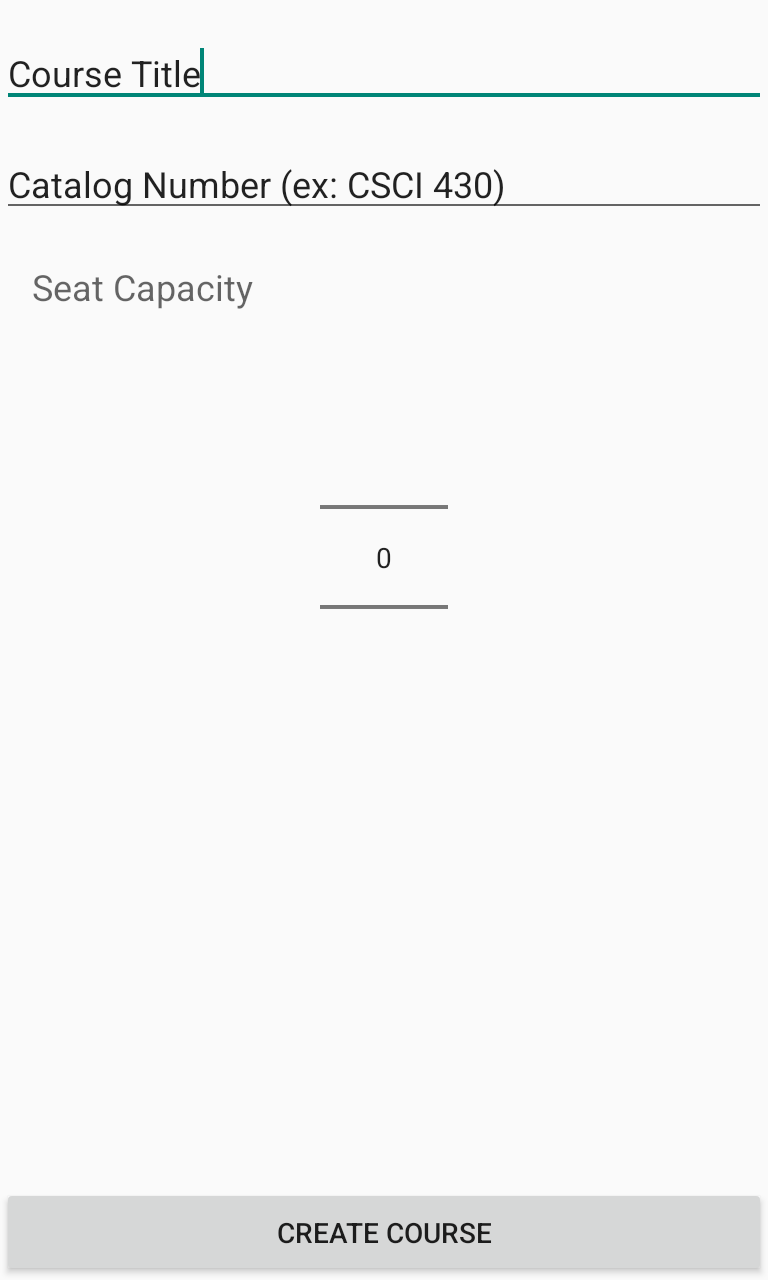
Repository: Jooms/Examples
Layout: CourseManager/res/layout/activity_main.xml
An editor plug-in stored every save of this project. The layout is shown before and after the next save, followed by the edit.
It is drawn on a 768 x 1280 px phone screen (xhdpi) without system bars, with theme AppTheme; the app's code is not run.

Above is the layout before, as saved 2014-10-06 00:16:28.

### CourseManager/res/layout/activity_main.xml
<RelativeLayout xmlns:android="http://schemas.android.com/apk/res/android"
    xmlns:tools="http://schemas.android.com/tools"
    android:layout_width="match_parent"
    android:layout_height="match_parent"
    tools:context="${relativePackage}.${activityClass}" >

    <EditText
        android:id="@+id/editName"
        android:layout_width="wrap_content"
        android:layout_height="wrap_content"
        android:layout_alignParentLeft="true"
        android:layout_alignParentRight="true"
        android:layout_alignParentTop="true"
        android:layout_marginTop="14dp"
        android:ems="10"
		android:text="Course Title" >
        <requestFocus />
    </EditText>

    <EditText
        android:id="@+id/editNumber"
        android:layout_width="wrap_content"
        android:layout_height="wrap_content"
        android:layout_alignLeft="@+id/editName"
        android:layout_alignParentRight="true"
        android:layout_below="@+id/editName"
        android:layout_marginTop="14dp"
        android:ems="10"
        android:text="Catalog Number (ex: CSCI 430)" />

    <Button
        android:id="@+id/buttonCreate"
        android:layout_width="wrap_content"
        android:layout_height="wrap_content"
        android:layout_alignParentBottom="true"
        android:layout_alignParentLeft="true"
        android:layout_alignParentRight="true"
        android:onClick="buttonCreatePressed"
        android:text="Create Course" />

    <TextView
        android:id="@+id/textView1"
        android:layout_width="wrap_content"
        android:layout_height="wrap_content"
        android:layout_alignParentLeft="true"
        android:layout_below="@+id/editNumber"
        android:layout_marginLeft="16dp"
        android:layout_marginTop="20dp"
        android:text="Seat Capacity"
        android:textAppearance="?android:attr/textAppearanceMedium" />

    <NumberPicker
        android:id="@+id/numPickCapacity"
        android:layout_width="wrap_content"
        android:layout_height="wrap_content"
        android:layout_below="@+id/textView1"
        android:layout_centerHorizontal="true"
        android:layout_marginTop="33dp"
        android:orientation="horizontal" />

    <TextView
        android:id="@+id/textFeedback"
        android:layout_width="wrap_content"
        android:layout_height="wrap_content"
        android:layout_alignLeft="@+id/textView1"
        android:layout_below="@+id/numPickCapacity"
        android:layout_marginTop="44dp"
        android:textAppearance="?android:attr/textAppearanceLarge"
        android:textColor="@android:color/holo_red_dark" />

</RelativeLayout>

Loaded but not shown: CourseManager/res/values/styles.xml (common file); CourseManager/res/values-v11/styles.xml (common file); CourseManager/res/values-v14/styles.xml (common file)

After the next save:
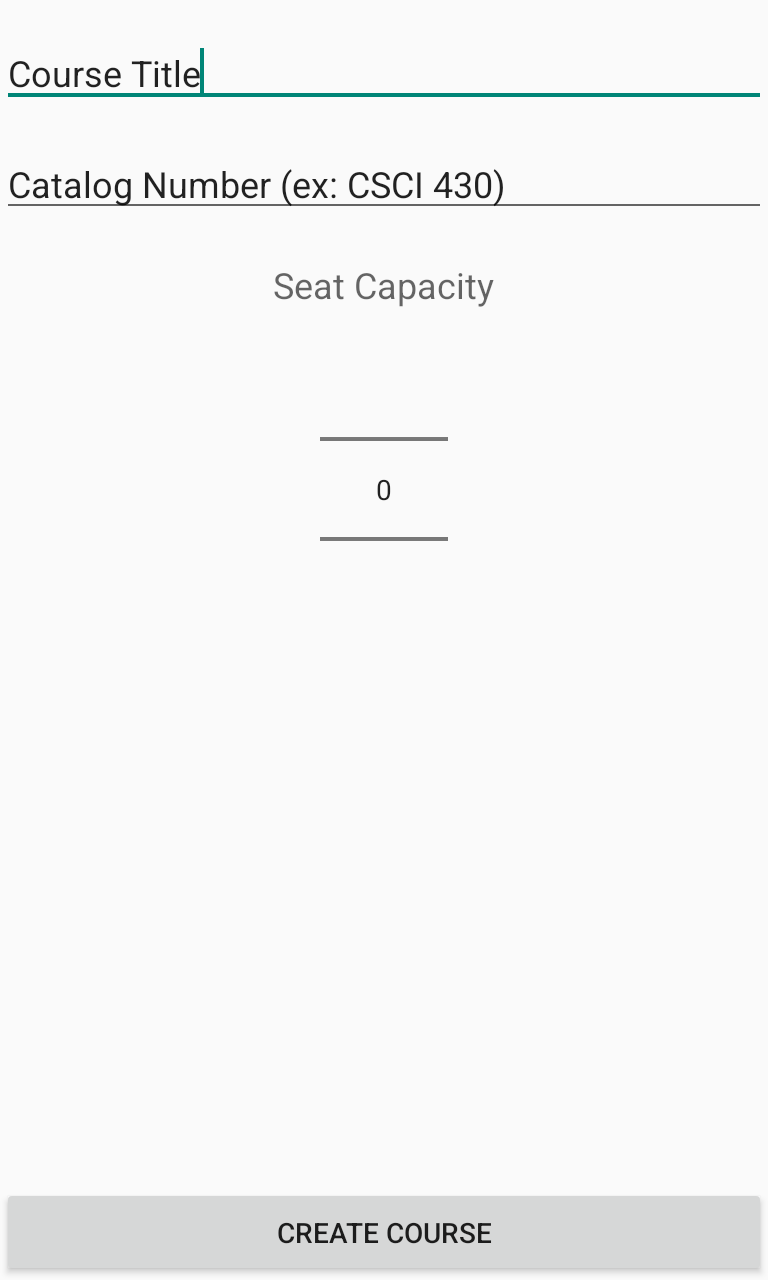
Saved 8 min 46 s later.
--- a/CourseManager/res/layout/activity_main.xml
+++ b/CourseManager/res/layout/activity_main.xml
@@ -39,13 +39,22 @@
         android:text="Create Course" />
 
     <TextView
+        android:id="@+id/textFeedback"
+        android:layout_width="wrap_content"
+        android:layout_height="wrap_content"
+        android:layout_alignLeft="@+id/textView1"
+        android:layout_below="@+id/numPickCapacity"
+        android:layout_marginTop="44dp"
+        android:textAppearance="?android:attr/textAppearanceLarge"
+        android:textColor="@android:color/holo_red_dark" />
+
+    <TextView
         android:id="@+id/textView1"
         android:layout_width="wrap_content"
         android:layout_height="wrap_content"
-        android:layout_alignParentLeft="true"
         android:layout_below="@+id/editNumber"
-        android:layout_marginLeft="16dp"
-        android:layout_marginTop="20dp"
+        android:layout_centerHorizontal="true"
+        android:layout_marginTop="19dp"
         android:text="Seat Capacity"
         android:textAppearance="?android:attr/textAppearanceMedium" />
 
@@ -55,17 +64,6 @@
         android:layout_height="wrap_content"
         android:layout_below="@+id/textView1"
         android:layout_centerHorizontal="true"
-        android:layout_marginTop="33dp"
         android:orientation="horizontal" />
 
-    <TextView
-        android:id="@+id/textFeedback"
-        android:layout_width="wrap_content"
-        android:layout_height="wrap_content"
-        android:layout_alignLeft="@+id/textView1"
-        android:layout_below="@+id/numPickCapacity"
-        android:layout_marginTop="44dp"
-        android:textAppearance="?android:attr/textAppearanceLarge"
-        android:textColor="@android:color/holo_red_dark" />
-
 </RelativeLayout>
